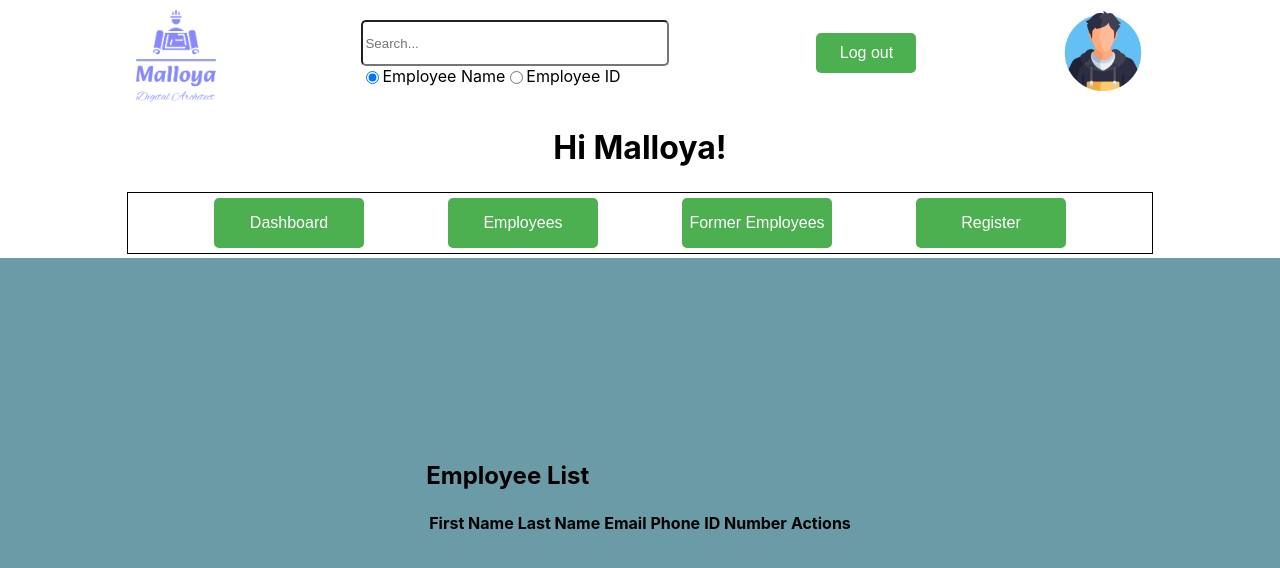
Repository: SbuKhoza/register
Page: /employees
These files come from the project's save history. The page is drawn as it stood at one moment and after a run of saves; the edit follows.
The browser window is 1280 px wide. The pictures show the whole page.
The project was rebuilt for these pictures with package versions that can differ from the ones it lists, and the page was loaded fresh each time. Also part of the build but not shown: src/Form.css, src/Form.js, src/Home.js, src/Login.css, src/Login.js, src/FEmployee.css, src/Fempl.js, src/FEmployee.js and 3 more.

Above is the page before, as saved 2024-07-22 14:47:10.

After the next 2 saves:
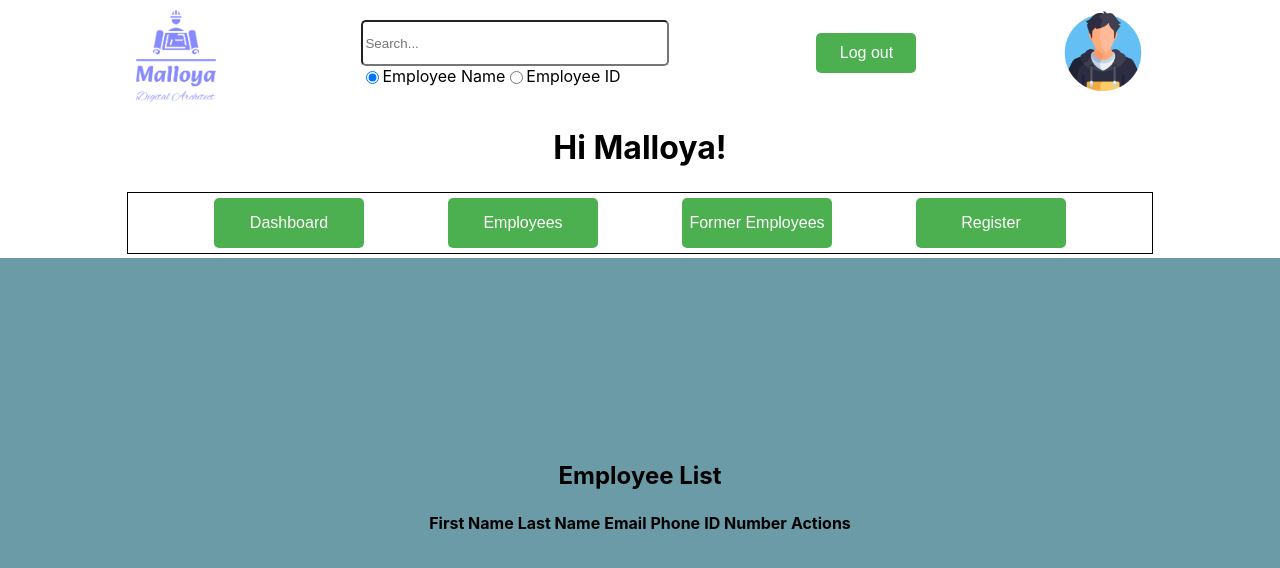
The 2 saves are shown as one change because they came seconds apart.
The last was saved 7 s later.
--- a/src/Employee.css
+++ b/src/Employee.css
@@ -1,7 +1,7 @@
 
 .Employee {
     margin: 20px;
-    ali
+    text-align: center;
 }
 
 .employee-table {

After the 2 saves that followed:
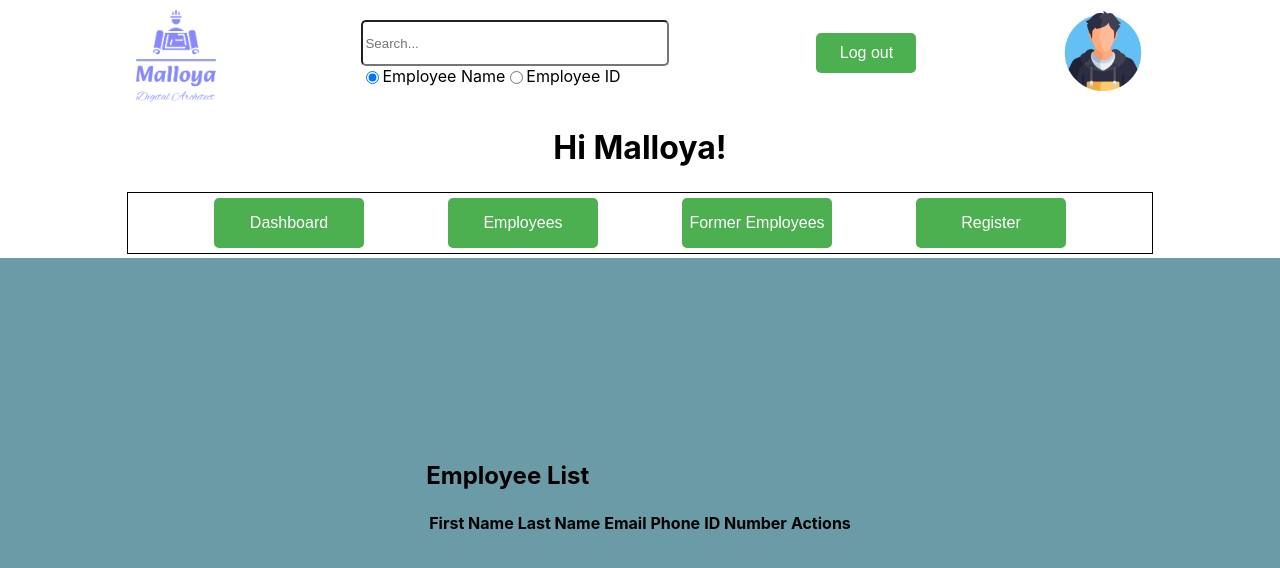
The 2 saves are shown as one change because 1 left the picture as it was.
The last was saved 37 s later.
--- a/src/Employee.css
+++ b/src/Employee.css
@@ -1,7 +1,7 @@
 
 .Employee {
     margin: 20px;
-    text-align: center;
+
 }
 
 .employee-table {
@@ -11,7 +11,7 @@
 
 .employee-table th, .employee-table td {
     border: 1px solid black;
-    padding: 8px;
+    padding: 10px;
     text-align: left;
 }
 
